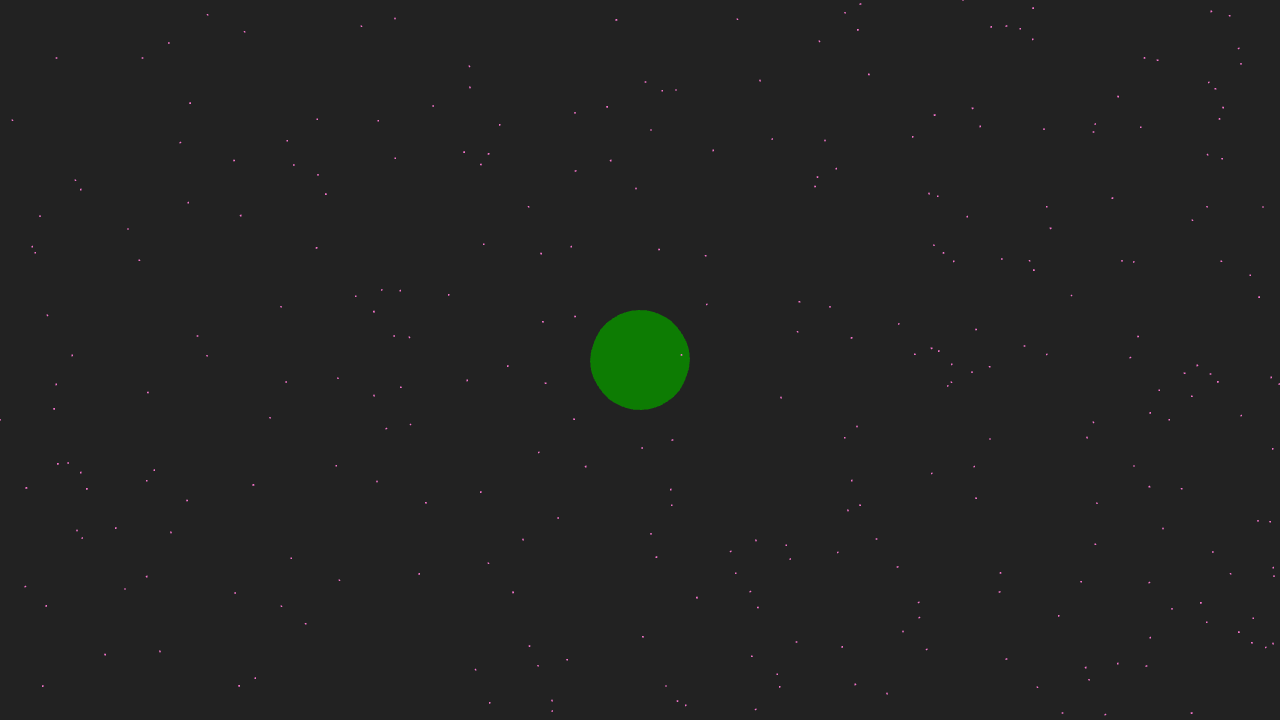
Repository: ZakariaZhlat125/multiple3dWindow
Page: index.html
An editor plug-in stored every save of this project. The page is shown before and after the next save, followed by the edit.
The browser window is 1280 px wide. The pictures show the whole page.

Above is the page before, as saved 2023-12-03 23:31:35.

After the next save:
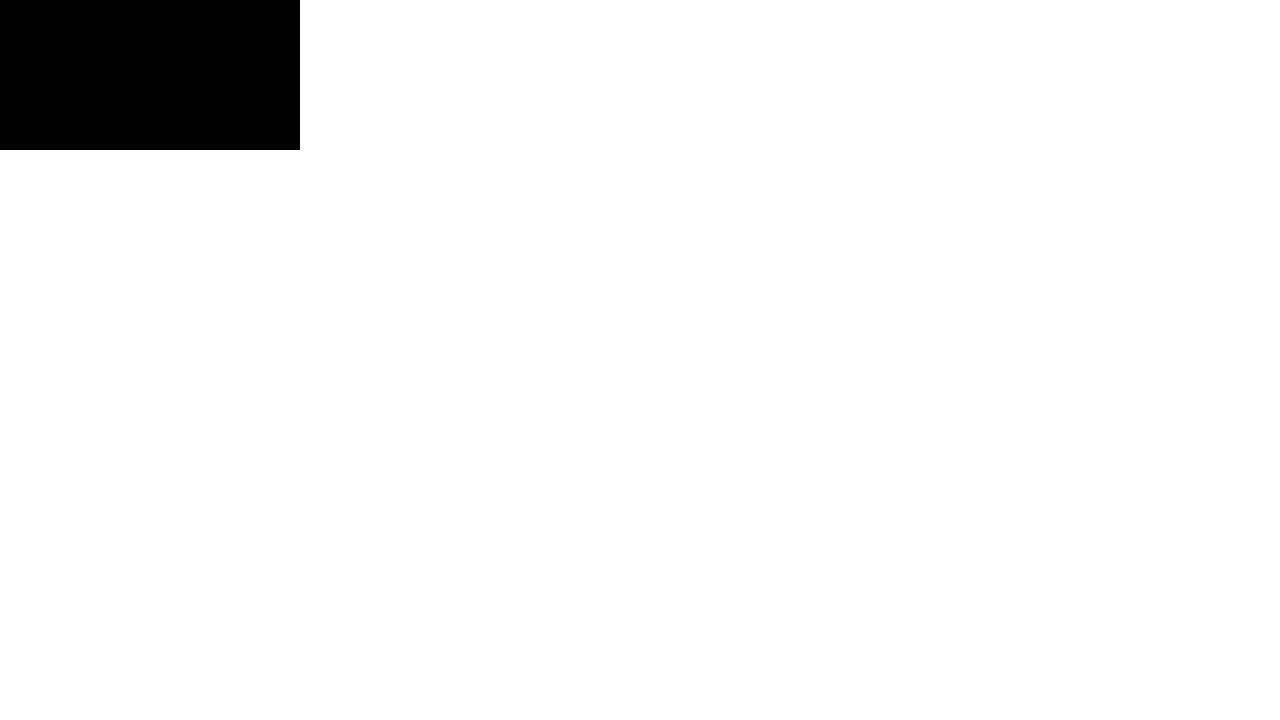
Console error: ReferenceError: ball is not defined
Saved 47 s later.
--- a/main.js
+++ b/main.js
@@ -135,8 +135,8 @@
       let radius = s / 2;
       let segments = 16;
       let geometry = new t.SphereGeometry(radius, segments, segments);
-      let material = new t.MeshBasicMaterial({ color: c });
-      let ball = new t.Mesh(geometry, material);
+      // let material = new t.MeshBasicMaterial({ color: c });
+      // let ball = new t.Mesh(geometry, material);
 
       ball.position.x = win.shape.x + win.shape.w * 0.5;
       ball.position.y = win.shape.y + win.shape.h * 0.5;

After the save that followed:
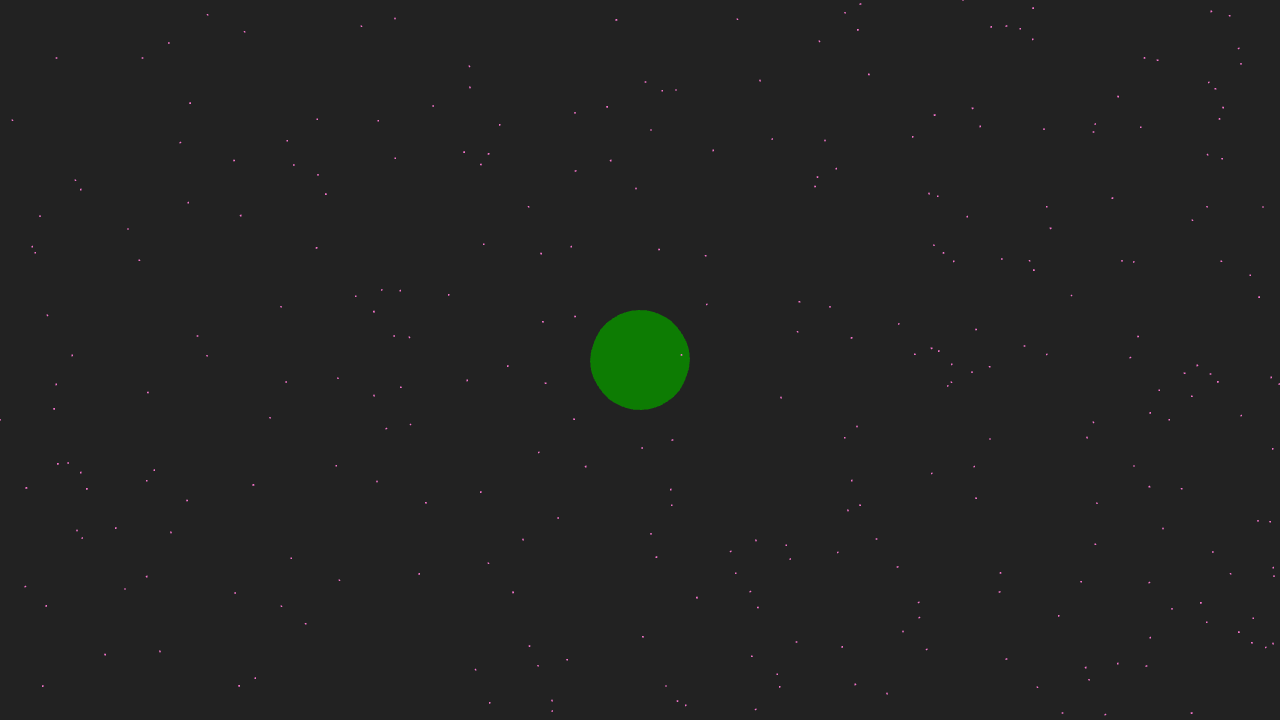
The error is gone.
Saved 44 s later.
--- a/main.js
+++ b/main.js
@@ -135,8 +135,8 @@
       let radius = s / 2;
       let segments = 16;
       let geometry = new t.SphereGeometry(radius, segments, segments);
-      // let material = new t.MeshBasicMaterial({ color: c });
-      // let ball = new t.Mesh(geometry, material);
+      let material = new t.MeshBasicMaterial({ color: c });
+      let ball = new t.Mesh(geometry, material);
 
       ball.position.x = win.shape.x + win.shape.w * 0.5;
       ball.position.y = win.shape.y + win.shape.h * 0.5;
